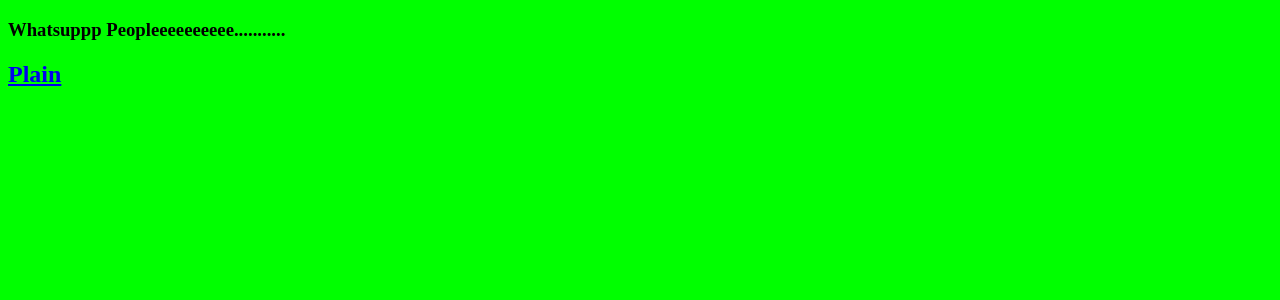
Repository: SakshiTiwari28/Java-Assignment
Page: RestFul/TrivagoHotel/WebContent/index.html
The author's editor kept a copy of each file at every save. The page is drawn from the files as they stood at one save, then again after the next save.
The browser window is 1280 px wide. The pictures show the whole page.

Above is the page before, as saved 2019-07-25 01:46:59.

### RestFul/TrivagoHotel/WebContent/index.html
<!DOCTYPE html>
<html>
<head>
<meta charset="ISO-8859-1">
<title>Trivago Home</title>
<style type="text/css">
body{
background-color:lime;
}
</style>
</head>
<body>
<h3>Whatsuppp Peopleeeeeeeeee...........</h3>
<h2><a href="http://localhost:8082/HelloWebService/zenrest/zenhello"> Plain</a></h2>
<h4><a href="http://localhost:8082/HelloWebService/zenrest/zenhello/welcome/"</h4>
</body>
</html>

After the next save:
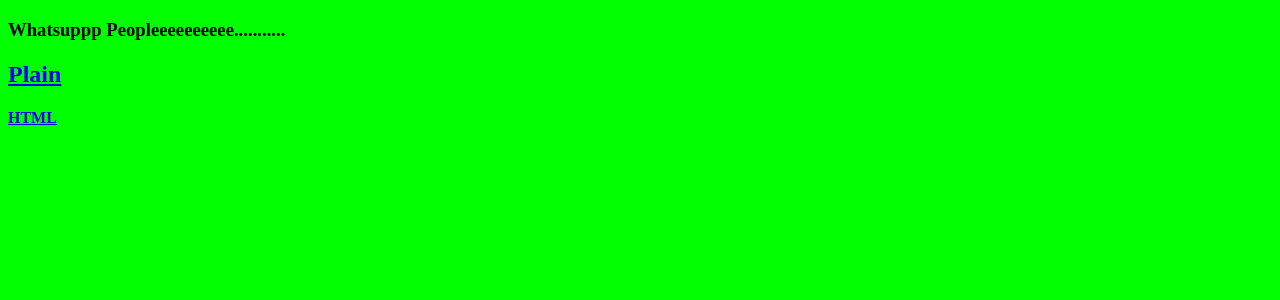
Saved 12 s later.
--- a/RestFul/TrivagoHotel/WebContent/index.html
+++ b/RestFul/TrivagoHotel/WebContent/index.html
@@ -12,6 +12,7 @@ background-color:lime;
 <body>
 <h3>Whatsuppp Peopleeeeeeeeee...........</h3>
 <h2><a href="http://localhost:8082/HelloWebService/zenrest/zenhello"> Plain</a></h2>
-<h4><a href="http://localhost:8082/HelloWebService/zenrest/zenhello/welcome/"</h4>
+<h4><a href="http://localhost:8082/HelloWebService/zenrest/zenhello/welcome/">HTML</a></h4>
+
 </body>
 </html>
